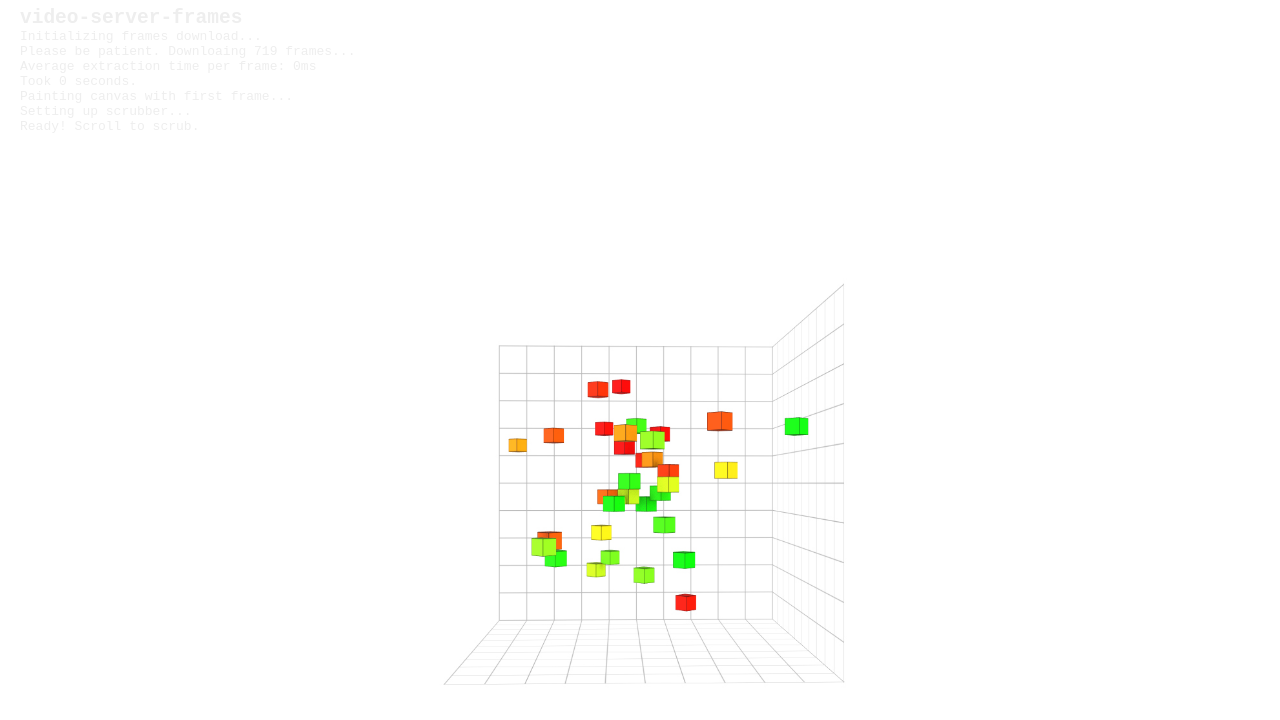
Repository: ceeskaan/ceeskaan.github.io
Page: index.html
These files come from the project's save history. The page is drawn as it stood at one moment and after the next save; the edit follows.
The browser window is 1280 px wide. The pictures show the window.
A layer covers the whole window, so only the first screen is drawn. Some web libraries are served in a nearby version.

Above is the page before, as saved 2022-02-09 20:49:30.
Console error (its wording comes from the project's code and is left out).

After the next save:
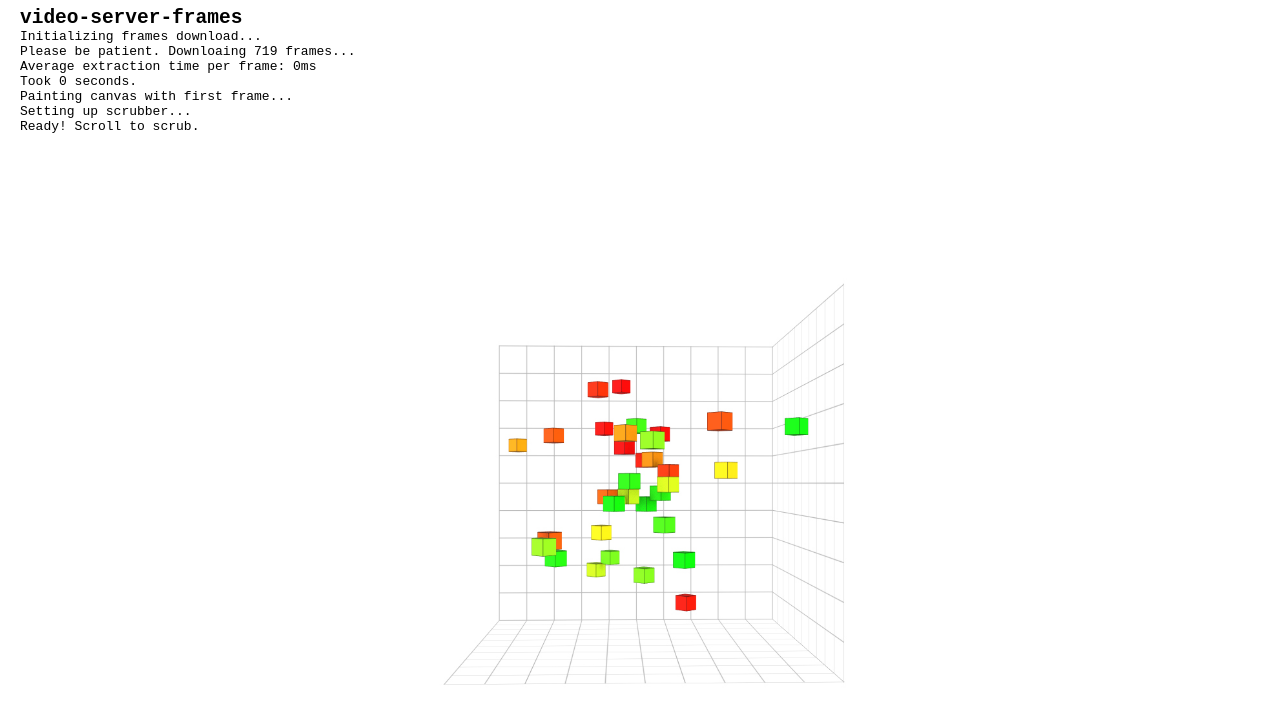
Saved 81 s later.
--- a/common/main.css
+++ b/common/main.css
@@ -6,7 +6,7 @@ body {
         'Helvetica Neue', sans-serif;
     height: 3000px;
     background: rgb(255, 255, 255);
-    color: #eee;
+    color: rgb(0, 0, 0);
     overflow: hidden; /* Hide scrollbars */
 }
 
